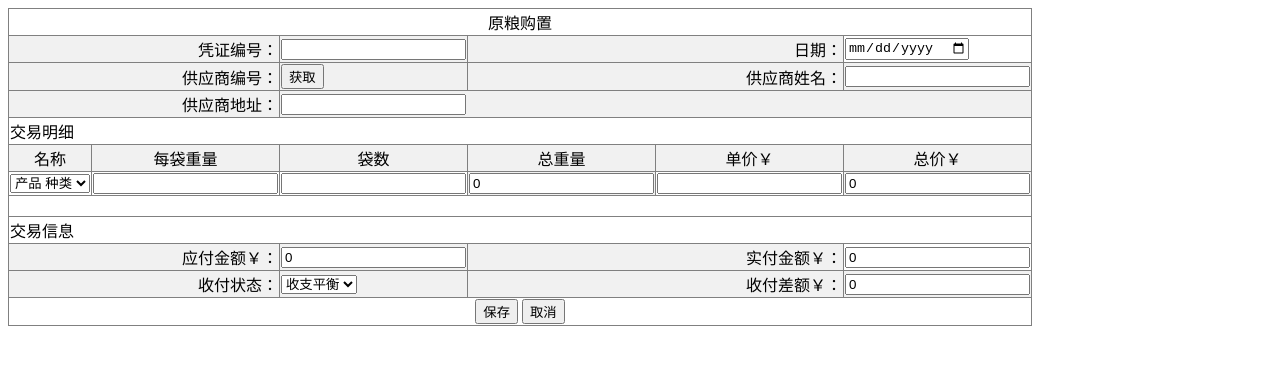
Repository: yuxingyan/OneCrewFlour
Page: http://localhost/Flour/buy.jsp
These files come from the project's save history. The page is drawn as it stood at one moment and after the next save; the edit follows.
The browser window is 1280 px wide. The pictures show the whole page.
The page is served by Tomcat 9. Nobody is signed in. The application's start-up code is not run. Other server files are loaded and not shown. The template is opened directly, without the code that normally fills it, so the values that code supplies are empty.

Above is the page before, as saved 2018-01-10 16:22:20.

### Flour/WebRoot/buy.jsp
<%@ page language="java" import="java.util.*" pageEncoding="utf-8"%>
<%
String path = request.getContextPath();
String basePath = request.getScheme()+"://"+request.getServerName()+":"+request.getServerPort()+path+"/";
%>

<!DOCTYPE HTML PUBLIC "-//W3C//DTD HTML 4.01 Transitional//EN">
<html>
  <head>
    <base href="<%=basePath%>">

    <title>My JSP 'buy.jsp' starting page</title>

	<meta http-equiv="pragma" content="no-cache">
	<meta http-equiv="cache-control" content="no-cache">
	<meta http-equiv="expires" content="0">
	<meta http-equiv="keywords" content="keyword1,keyword2,keyword3">
	<meta http-equiv="description" content="This is my page">
	<!--
	<link rel="stylesheet" type="text/css" href="styles.css">
	-->


    <script language="javascript" type="text/javascript">
    function Check(){

   var n1=document.getElementById("bagweight").value;
   var n2=document.getElementById("op").value;
   var n3=document.getElementById("date").value;
   var n4=document.getElementById("addresstext").value;

      var n5=document.getElementById("nametext").value;
      var n6=document.getElementById("price").value;
       var n7=document.getElementById("bag").value;
      var erroring="";

      if(n1==""||n1==null){
        erroring+="请输入每袋小麦重量!"+'\n';
  }
 if(n2==""||n2==null){
     erroring+="请输入客户编号!"+'\n';
  }
 if(n3==""||n3==null){
  erroring+="请输入日期!"+'\n';
  }
 if(n4==""||n4==null){
  erroring+="请输入客户地址!"+'\n';
  }
 if(n5==""||n5==null){
  erroring+="请输入客户姓名!"+'\n';
  }

  if(n6==""||n6==null){
  erroring+="请输入加工费!"+'\n';
  }
   if(n7==""||n7==null){
  erroring+="请输小麦袋数!"+'\n';
  }
  if(erroring.length!=0){
  alert(erroring);
  return false;


  }else{
  alert("保存成功！");
     document.form1.submit();

  }
}
		//弹出信息窗口
		function showWindow(){

			window.open ('otherinquireclient.jsp','add',
'height=600, width=800, top=60, left=200, toolbar=no,menubar=no,scrollbars=yes,resizable=no,location=no, status=no') ;
}
function add(){

var bagweight=document.getElementById("bagweight").value;
var bag=document.getElementById("bag").value;
var sum=bagweight*bag;
var price=document.getElementById("price").value
var sumprice=sum*price;
document.getElementById("sumbag").value=sum;
document.getElementById("sumprice").value=sumprice;
document.getElementById("pay").value=sumprice;
document.getElementById("realpay").value=sumprice;

}
function cha(){
var cha;
if(document.getElementById("pay").value>document.getElementById("realpay").value){
cha=document.getElementById("pay").value-document.getElementById("realpay").value;
//var select=document.getElementById("selectid");
//var s=select.options[select.selectedIndex].value;
document.getElementById("cha").value=cha;
document.getElementById("selectid").value=3;
}
if(document.getElementById("pay").value<document.getElementById("realpay").value){
cha=document.getElementById("realpay").value-document.getElementById("pay").value;
//var select=document.getElementById("selectid");
//var s=select.options[select.selectedIndex].value;
document.getElementById("cha").value=cha;
document.getElementById("selectid").value=2;
}
}

		 </script>
  </head>

  <body>
    <form action="addbuy" id="form1" name="form1">
    <table  border="1" style="border-collapse:collapse" >
    <tr >
    <td  colspan="7" width="600" align="center"  >原粮购置 </td>

    </tr>
    <tr>
    <td  colspan="2" align="right"   bgcolor="#f1f1f1">凭证编号：</td>
    <td  colspan="1"  bgcolor="#f1f1f1" ><input type="text" name="buy.eid"value="${count}"readonly/></td>
    <td  colspan="2" align="right"   bgcolor="#f1f1f1" >日期：</td>
    <td colspan="2" ><input type="date" name="buy.date" id="date" ></td>
    </tr>
     <input type="hidden" id="op" name="bian"/>
    <tr>
    <td  colspan="2" align="right"   bgcolor="#f1f1f1">供应商编号：</td>
    <td  colspan="1" id="idtext" bgcolor="#f1f1f1" ><input  type="button" onclick="showWindow();" value="获取" /></td>
    <td  colspan="2" align="right"   bgcolor="#f1f1f1" >供应商姓名：</td>
    <td  colspan="2"  bgcolor="#f1f1f1" ><input  id="nametext" type="text" readonly/></td>
    </tr>
    <tr>
    <td  colspan="2" align="right"   bgcolor="#f1f1f1">供应商地址：</td>
    <td colspan="5"  bgcolor="#f1f1f1" ><input id="addresstext" type="text" readonly/></td>
    </tr>
    <tr>
    <td colspan="7" align="left">交易明细</td>
    </tr>
    <tr>
    <td align="center"   bgcolor="#f1f1f1">名称</td>

    <td align="center"   bgcolor="#f1f1f1">每袋重量</td>
    <td align="center"   bgcolor="#f1f1f1">袋数</td>
    <td align="center"   bgcolor="#f1f1f1">总重量</td>
    <td align="center"   bgcolor="#f1f1f1">单价￥</td>
    <td align="center"   bgcolor="#f1f1f1">总价￥</td>
    </tr>
    <tr>
    <td align="center" > <select >产品种类
    <option value="1">产品 种类</option>
    <option value="2">小麦</option>

    </select></td>

    <td ><input type="text"name="buy.bagweight" id="bagweight" ></td>
    <td> <input type="text" id="bag" name="buy.bag" ></td>
    <td onclick="add();" align="center"  bgcolor="#f1f1f1"><input type="text" id="sumbag" name="buy.weight"value="0"readonly></td>
    <td><input type="text" id="price" name="buy.price"></td>
    <td  onclick="add();"bgcolor="#f1f1f1"><input type="text" id="sumprice" value="0" name="buy.sum"></td>
    </tr>
    <tr>
    <td colspan="7">&nbsp</td>
    </tr>
    <tr>
    <td colspan="7" align="left">交易信息</td>
    </tr>
    <tr>
    <td colspan="2" align="right"   bgcolor="#f1f1f1">应付金额￥：</td>
    <td  colspan="1"  bgcolor="#f1f1f1"><input type="text" id="pay" value="0" name="pay"/></td>
    <td  colspan="2" align="right"   bgcolor="#f1f1f1">实付金额￥：</td>
    <td colspan="2" onclick="cha();"><input type="text" id="realpay" value="0" name="realpay"></td>
    </tr>
    <tr>
    <td colspan="2" align="right"   bgcolor="#f1f1f1">收付状态：</td>
    <td align="left"   bgcolor="#f1f1f1"> <select id="selectid" >收付平衡
                    <option  selected>收支平衡</option>
                    <option value=2>支大于收</option>
                    <option value=3>收大于支</option>
    </select></td>
    <td  colspan="2" align="right"   bgcolor="#f1f1f1">收付差额￥：</td>
    <td colspan="2"  bgcolor="#f1f1f1"><input type="text" id="cha" value="0"/></td>
    </tr>
    <tr>
   <td align="center" colspan="7"> <input type="button" onclick="Check();" value="保存" />  <input  type="button"  value="取消" /> </td>

   </tr>

    </table>

  </form>
  </body>
</html>

After the next save:
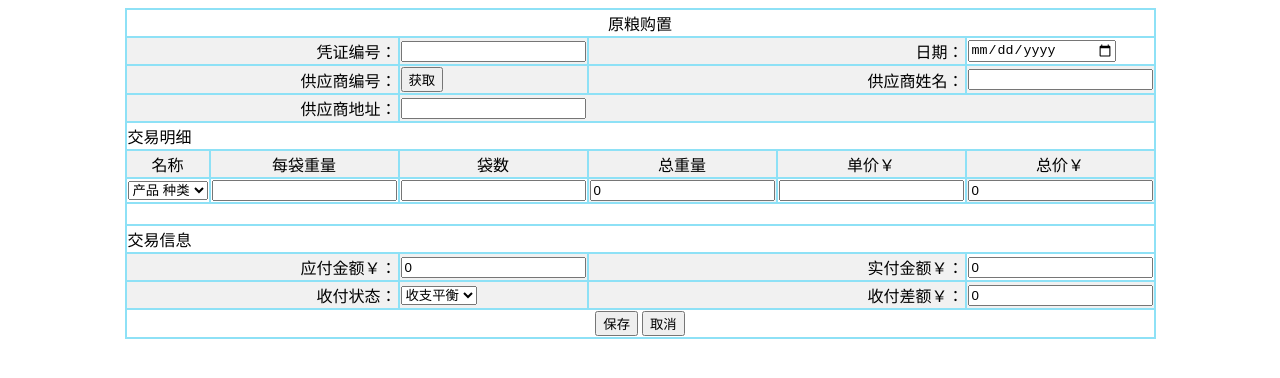
Saved 4 min 30 s later.
--- a/Flour/WebRoot/buy.jsp
+++ b/Flour/WebRoot/buy.jsp
@@ -109,7 +109,11 @@ document.getElementById("selectid").value=2;
 
   <body>
     <form action="addbuy" id="form1" name="form1">
-    <table  border="1" style="border-collapse:collapse" >
+
+
+
+     <center>
+    <table  border="1" cellspacing="0" bordercolor="#8EE1F6" >
     <tr >
     <td  colspan="7" width="600" align="center"  >原粮购置 </td>
 
@@ -118,12 +122,12 @@ document.getElementById("selectid").value=2;
     <td  colspan="2" align="right"   bgcolor="#f1f1f1">凭证编号：</td>
     <td  colspan="1"  bgcolor="#f1f1f1" ><input type="text" name="buy.eid"value="${count}"readonly/></td>
     <td  colspan="2" align="right"   bgcolor="#f1f1f1" >日期：</td>
-    <td colspan="2" ><input type="date" name="buy.date" id="date" ></td>
+    <td colspan="2" ><input type="date" name="buy.date" id="date" style="width:148px"></td>
     </tr>
      <input type="hidden" id="op" name="bian"/>
     <tr>
     <td  colspan="2" align="right"   bgcolor="#f1f1f1">供应商编号：</td>
-    <td  colspan="1" id="idtext" bgcolor="#f1f1f1" ><input  type="button" onclick="showWindow();" value="获取" /></td>
+    <td  colspan="1"  bgcolor="#f1f1f1" ><input id="idtext" type="button" onclick="showWindow();" value="获取" /></td>
     <td  colspan="2" align="right"   bgcolor="#f1f1f1" >供应商姓名：</td>
     <td  colspan="2"  bgcolor="#f1f1f1" ><input  id="nametext" type="text" readonly/></td>
     </tr>
@@ -164,9 +168,9 @@ document.getElementById("selectid").value=2;
     </tr>
     <tr>
     <td colspan="2" align="right"   bgcolor="#f1f1f1">应付金额￥：</td>
-    <td  colspan="1"  bgcolor="#f1f1f1"><input type="text" id="pay" value="0" name="pay"/></td>
+    <td  colspan="1"  bgcolor="#f1f1f1"><input type="text" id="pay" value="0" name="pay"readonly/></td>
     <td  colspan="2" align="right"   bgcolor="#f1f1f1">实付金额￥：</td>
-    <td colspan="2" onclick="cha();"><input type="text" id="realpay" value="0" name="realpay"></td>
+    <td colspan="2" onclick="cha();"><input type="text" id="realpay" value="0" name="realpay"readonly></td>
     </tr>
     <tr>
     <td colspan="2" align="right"   bgcolor="#f1f1f1">收付状态：</td>
@@ -176,14 +180,15 @@ document.getElementById("selectid").value=2;
                     <option value=3>收大于支</option>
     </select></td>
     <td  colspan="2" align="right"   bgcolor="#f1f1f1">收付差额￥：</td>
-    <td colspan="2"  bgcolor="#f1f1f1"><input type="text" id="cha" value="0"/></td>
+    <td colspan="2"  bgcolor="#f1f1f1"><input type="text" id="cha" value="0" readonly/></td>
     </tr>
     <tr>
-   <td align="center" colspan="7"> <input type="button" onclick="Check();" value="保存" />  <input  type="button"  value="取消" /> </td>
+   <td align="center" colspan="7"> <input type="submit" value="保存" />  <button  type="button"   />取消 </td>
 
    </tr>
 
     </table>
+  </center>
 
   </form>
   </body>
